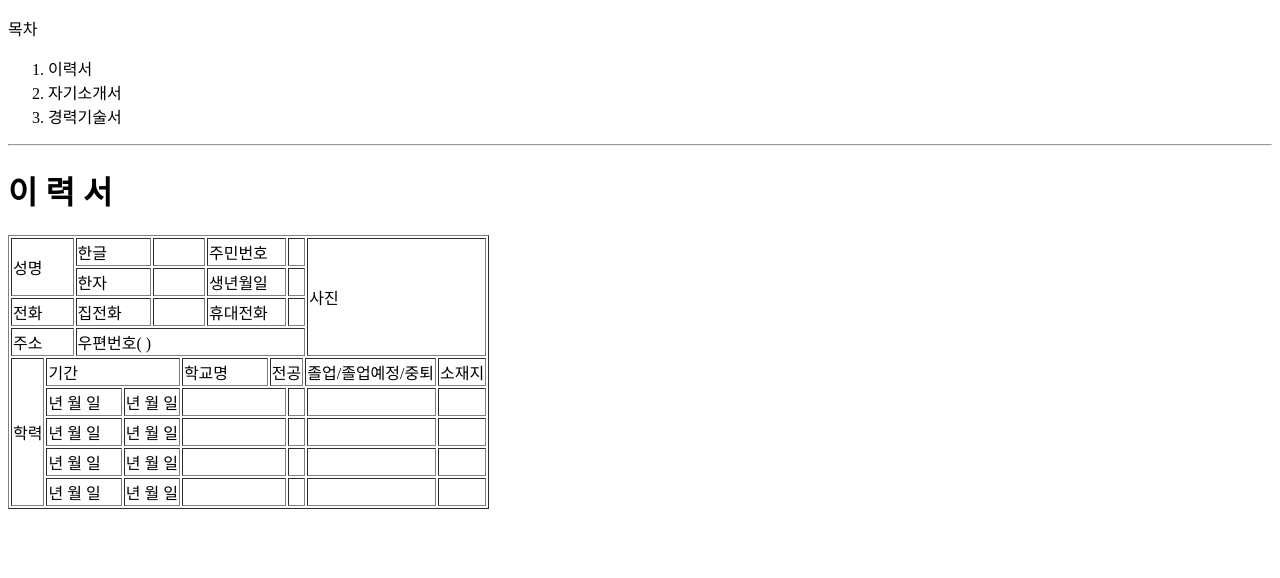
Repository: jeemaru/htme_01
Page: html_01/hw01/ex_01.html
An editor plug-in stored every save of this project. The page is shown before and after the next save, followed by the edit.
The browser window is 1280 px wide. The pictures show the whole page.

Above is the page before, as saved 2022-04-01 08:54:38.

### html_01/hw01/ex_01.html
<!DOCTYPE html>
<html>

	<head>
		<meta charset="UTF-8">
		<title>Insert title here</title>
	</head>


	<body>
		<p>목차</p>
		<ol>
			<li>이력서</li>
			<li>자기소개서</li>
			<li>경력기술서</li>
		</ol>
	<hr>
	<p>
	<p>

		<h1>이	력	서</h1>

		<table border="1">
			<tr>
				<td colspan="2"rowspan="2">성명</td>
				<td colspan="2">한글</td>
				<td colspan="2"> </td>
				<td colspan="2">주민번호</td>
				<td colspan="2"> </td>
				<td colspan="2"rowspan="4">사진</td>

			</tr>
			<tr>
				<td colspan="2">한자</td>
				<td colspan="2"> </td>
				<td colspan="2">생년월일</td>
				<td colspan="2"> </td>
			</tr>
			<tr>
				<td colspan="2">전화</td>
				<td colspan="2">집전화</td>
				<td colspan="2"> </td>
				<td colspan="2">휴대전화</td>
				<td colspan="2"></td>
			</tr>
			<tr>
				<td colspan="2">주소</td>
				<td colspan="8">우편번호( )</td>
			</tr>
			<tr>
				<td rowspan="6">학력</td>
				<td colspan="4">기간</td>
				<td colspan="2">학교명</td>
				<td colspan="2">전공</td>
				<td colspan="2">졸업/졸업예정/중퇴</td>
				<td>소재지</td>
			</tr>
			<tr>
				<td colspan="2">년 월 일</td>
				<td colspan="2">년 월 일</td>
				<td colspan="3">	</td>
				<td colspan="2">	</td>
				<td>	</td>
				<td>	</td>
			</tr>
			<tr>
				<td colspan="2">년 월 일</td>
				<td colspan="2">년 월 일</td>
				<td colspan="3">	</td>
				<td colspan="2">	</td>
				<td>	</td>
				<td>	</td>
			</tr>
			<tr>
				<td colspan="2">년 월 일</td>
				<td colspan="2">년 월 일</td>
				<td colspan="3">	</td>
				<td colspan="2">	</td>
				<td>	</td>
				<td>	</td>
			</tr>
			<tr>
				<td colspan="2">년 월 일</td>
				<td colspan="2">년 월 일</td>
				<td colspan="3">	</td>
				<td colspan="2">	</td>
				<td>	</td>
				<td>	</td>
			</tr>

		</table>

	</body>
</html>

After the next save:
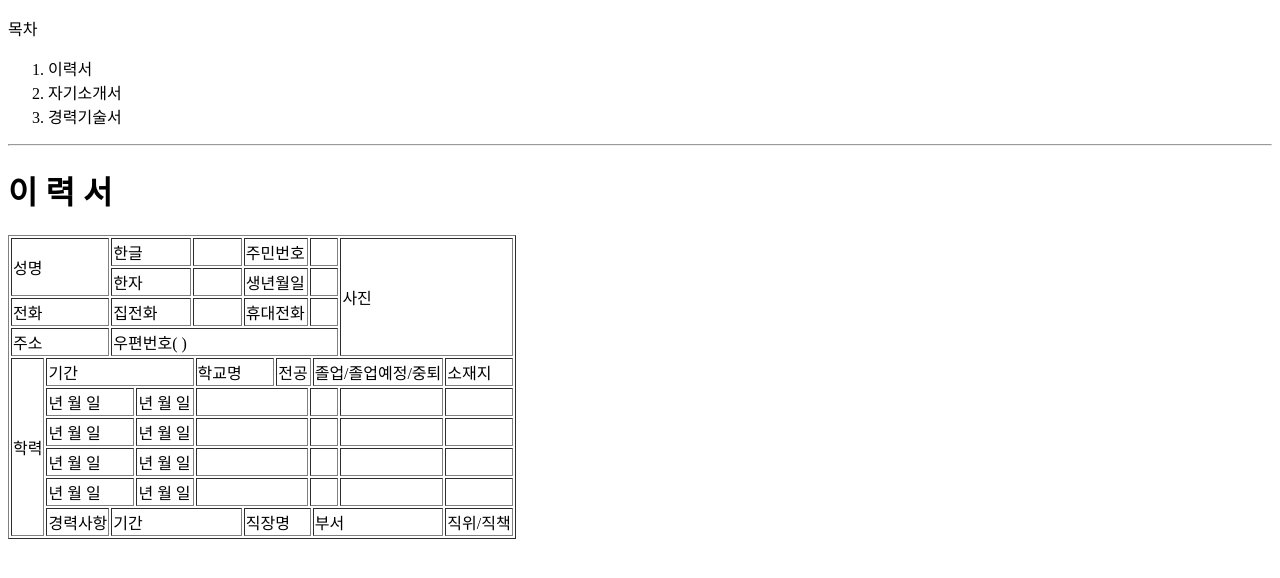
Saved 98 s later.
--- a/html_01/hw01/ex_01.html
+++ b/html_01/hw01/ex_01.html
@@ -87,6 +87,13 @@
 				<td>	</td>
 				<td>	</td>
 			</tr>
+			<tr>
+				<td rowspan="5">경력사항</td>
+				<td colspan="4">기간</td>
+				<td colspan="3">직장명</td>
+				<td colspan="2">부서</td>
+				<td colspan="2">직위/직책</td>
+			</tr>
 
 		</table>
 
